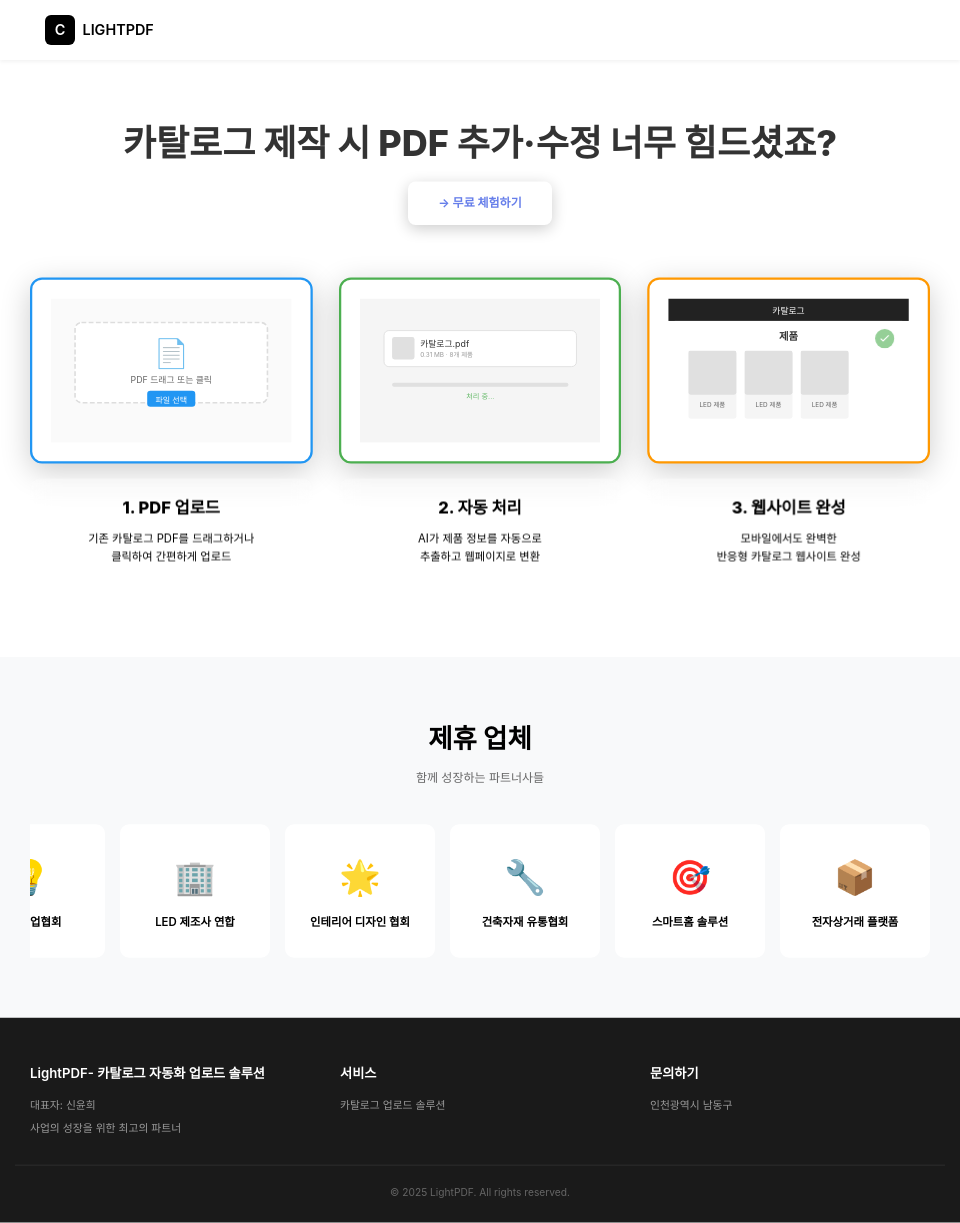
Repository: ororso11/catamaster
Page: index.html
These files come from the project's save history. The page is drawn as it stood at one moment and after the next save; the edit follows.
The browser window is 1280 px wide. The pictures show the whole page, at 75% of full size.

Above is the page before, as saved 2025-10-05 00:51:04.

After the next save:
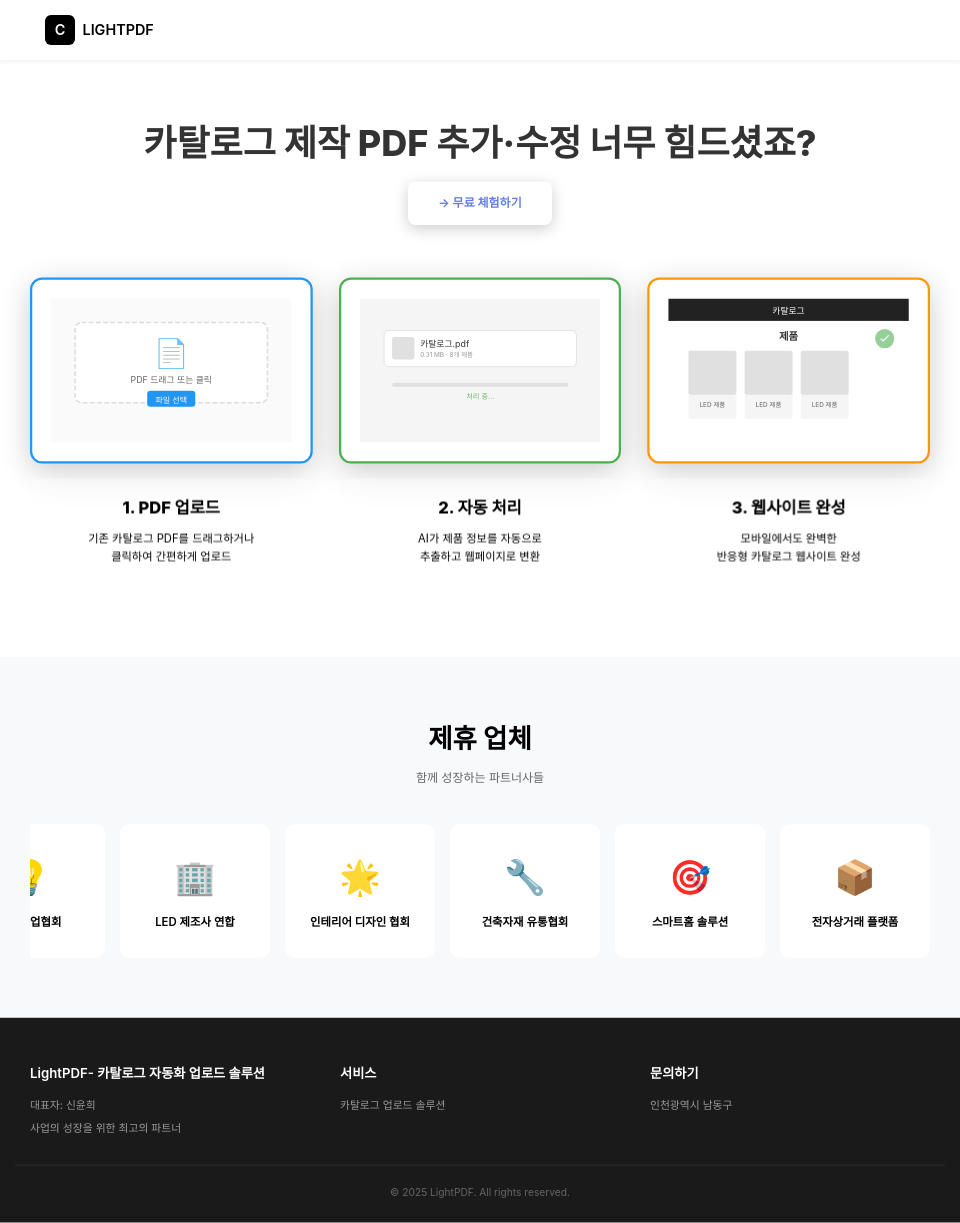
Saved 7 s later.
--- a/index.html
+++ b/index.html
@@ -18,7 +18,7 @@
 
     <section class="hero">
         <div class="hero-content">
-            <h1>카탈로그 제작 시 PDF 추가·수정 너무 힘드셨죠?</h1>
+            <h1>카탈로그 제작 PDF 추가·수정 너무 힘드셨죠?</h1>
             <a href="dashboard.html" class="cta-button">→ 무료 체험하기</a>
 
             <div class="process-container">
